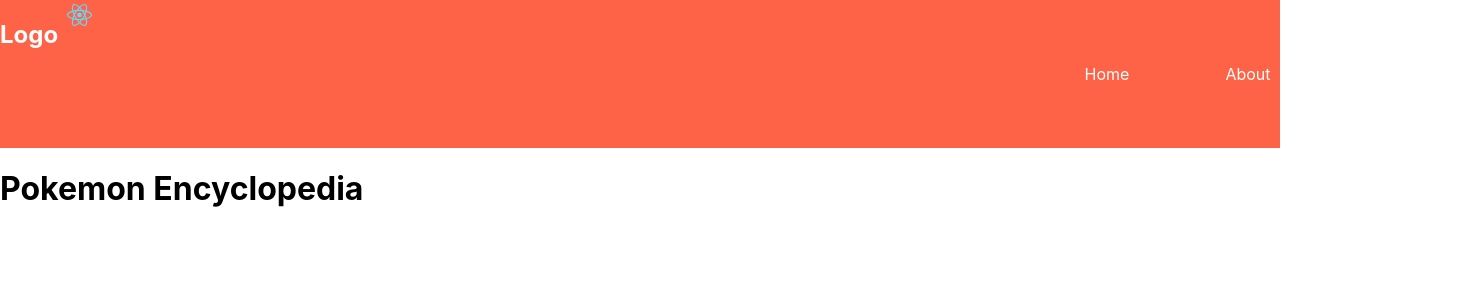
Repository: Gibberlin/pokedex
Page: /
An editor plug-in stored every save of this project. The page is shown before and after the next save, followed by the edit.
The browser window is 1280 px wide. The page is 1475 px wide, then 1379 px, so the pictures cover 1475 px, including what lies to the right of the window. The pictures show the whole page.
The project was rebuilt for these pictures with package versions that can differ from the ones it lists, and the page was loaded fresh each time.

Above is the page before, as saved 2021-09-28 22:33:15.

### src/App.js
import logo from './logo.svg';
import Nav from "./components/Nav"
import './App.css';

function App() {
  return (
    <div>
    <Nav />
    <h1>Pokemon Encyclopedia</h1>

    </div>
  );
}

export default App;

### src/components/Nav.js
import React from 'react'
import logo from "../logo.svg";
import "../App.css";
const Nav = () => {
    return (
        <nav>
        <h1>Logo</h1>
            <img src={logo} alt="Poke" height="30px"/>

            <ul>
                <li>Home</li>
                <li>About</li>
                <li>Support</li>
            </ul>
        </nav>
    )
}

export default Nav

### src/App.css
ul {
  margin-left: 70%;
  list-style-type: none;
  display: flex;
}
li {
  margin: 1rem;
  padding: 2rem;
  cursor: pointer;
  border-radius: 5px;
}
nav {
  display: flex;
  background: tomato;
  color: #fff;
}
li:hover {
  color: #18f;
  background-color: #fff;
}

Loaded but not shown: public/index.html (common file); src/index.js (common file); src/index.css (common file)

After the next save:
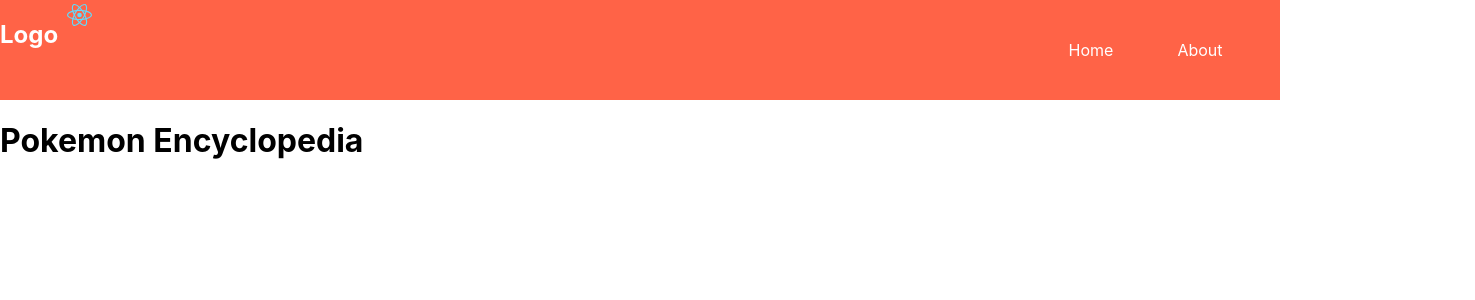
Saved 36 s later.
--- a/src/App.css
+++ b/src/App.css
@@ -5,7 +5,7 @@
 }
 li {
   margin: 1rem;
-  padding: 2rem;
+  padding: 0.5rem 1rem 0.5rem 1rem;
   cursor: pointer;
   border-radius: 5px;
 }
